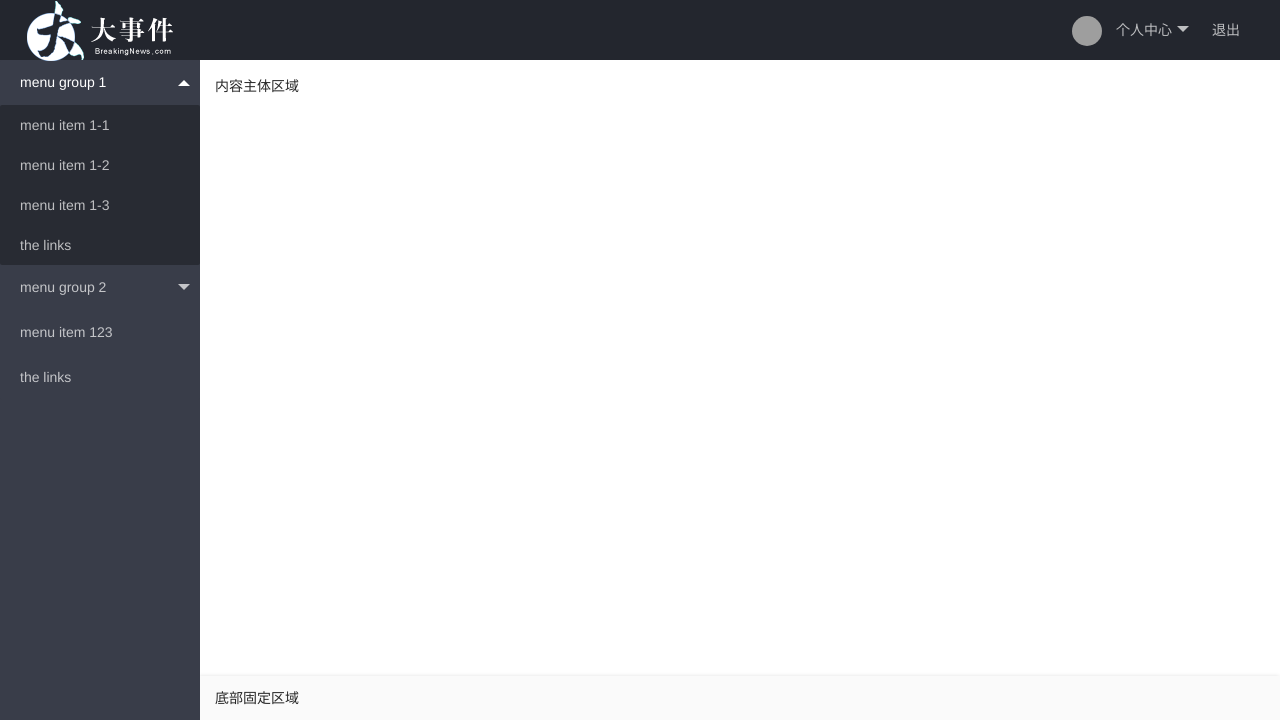
Repository: 1zhoukexin/web_aad
Page: index.html
The author's editor kept a copy of each file at every save. The page is drawn from the files as they stood at one save, then again after the next save.
The browser window is 1280 px wide. The pictures show the whole page.
Pictures or frames that could not be fetched are drawn as grey boxes.

Above is the page before, as saved 2021-04-16 19:37:24.

After the next save:
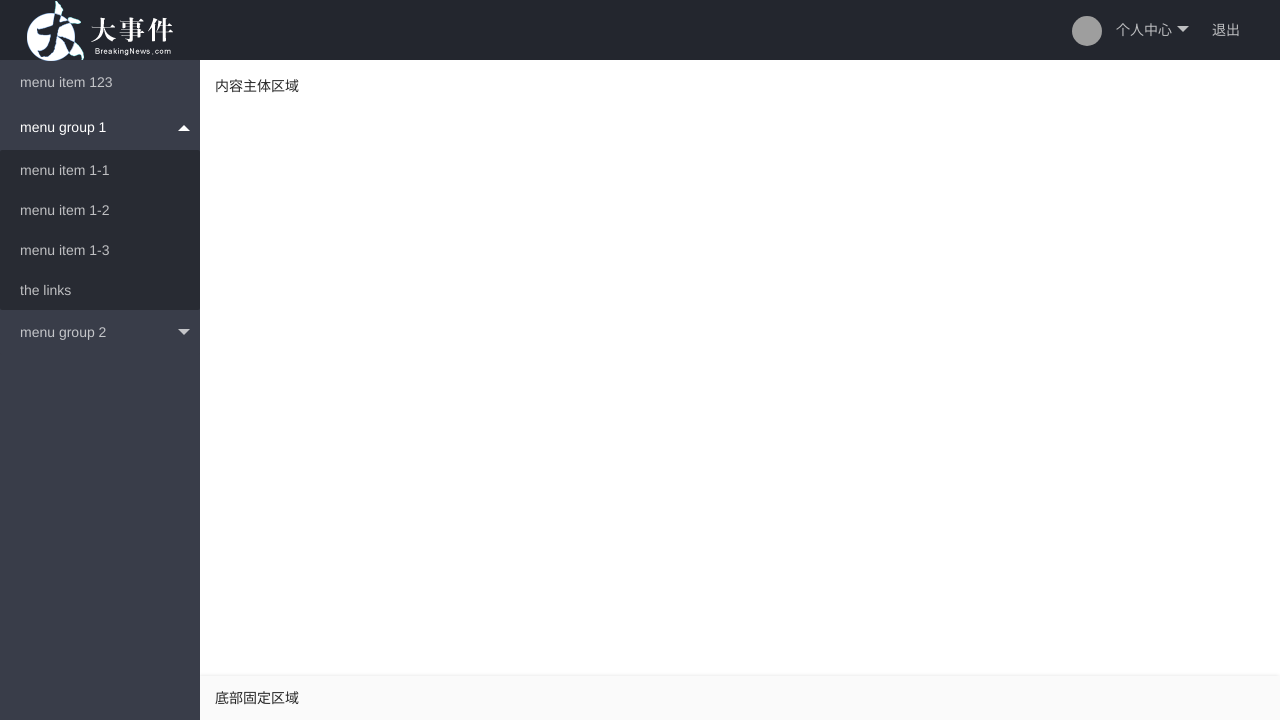
Saved 7 min 16 s later.
--- a/index.html
+++ b/index.html
@@ -35,6 +35,7 @@
             <div class="layui-side-scroll">
                 <!-- 左侧导航区域（可配合layui已有的垂直导航） -->
                 <ul class="layui-nav layui-nav-tree" lay-filter="test">
+                    <li class="layui-nav-item"><a href="javascript:;">menu item 123</a></li>
                     <li class="layui-nav-item layui-nav-itemed">
                         <a class="" href="javascript:;">menu group 1</a>
                         <dl class="layui-nav-child">
@@ -52,8 +53,8 @@
                             <dd><a href="">超链接</a></dd>
                         </dl>
                     </li>
-                    <li class="layui-nav-item"><a href="javascript:;">menu item 123</a></li>
-                    <li class="layui-nav-item"><a href="">the links</a></li>
+
+
                 </ul>
             </div>
         </div>
